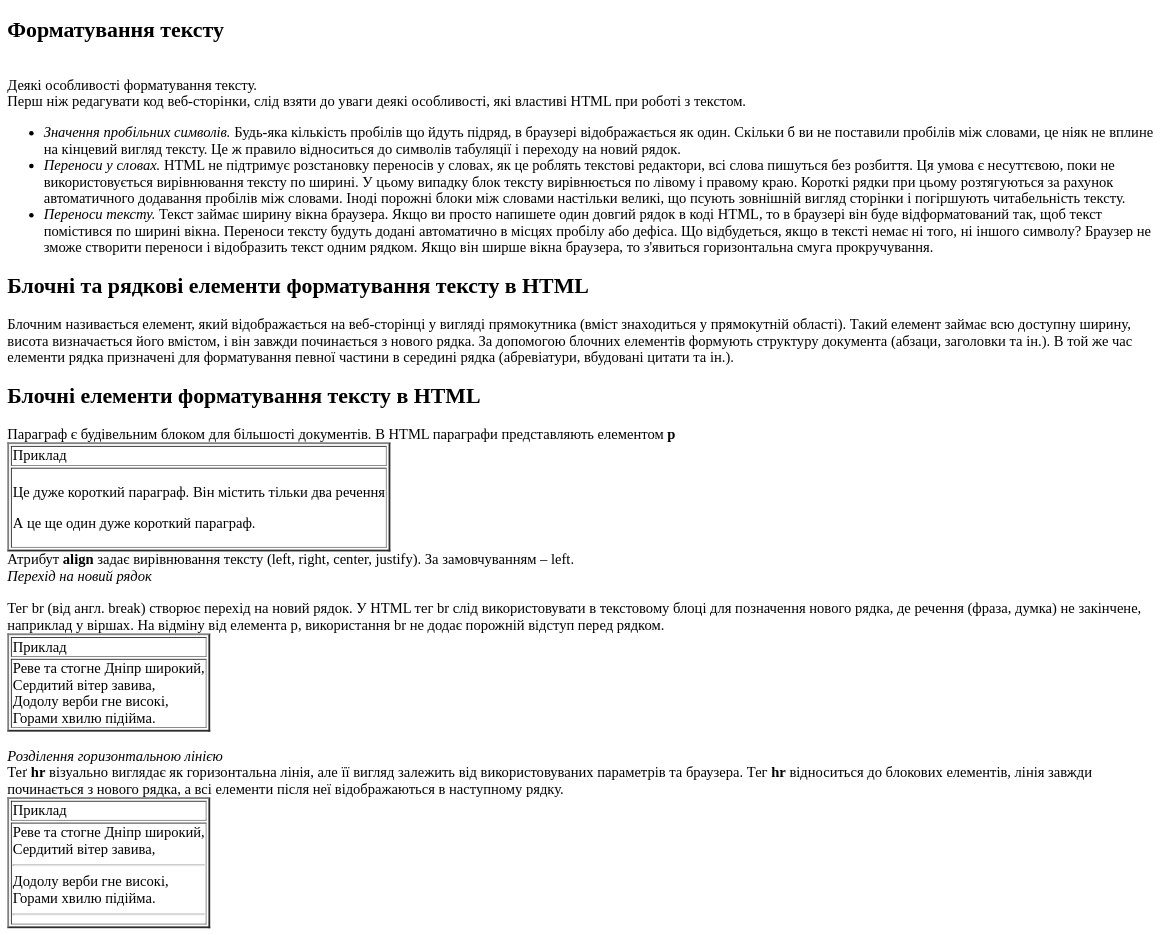
Repository: KseniaMakara/Web
Page: Web/directory.html
The author's editor kept a copy of each file at every save. The page is drawn from the files as they stood at one save, then again after the next save.
The browser window is 1280 px wide. The pictures show the whole page, at 91% of full size.

Above is the page before, as saved 2021-02-15 16:49:31.

### Web/directory.html

    <!doctype HTML>
    <html>
        <head>
           <title>First HTML</title>
        </head>
    <body>
        <h2>Форматування тексту </h2>
        <br>Деякі особливості форматування тексту.</br>
        Перш ніж редагувати код веб-сторінки, слід взяти до уваги деякі
        особливості, які властиві HTML при роботі з текстом.
        <ul>
        <li><dfn>Значення пробільних символів.</dfn> Будь-яка кількість пробілів що йдуть
        підряд, в браузері відображається як один. Скільки б ви не поставили пробілів
        між словами, це ніяк не вплине на кінцевий вигляд тексту. Це ж правило
        відноситься до символів табуляції і переходу на новий рядок.</li>
        <li><dfn>Переноси у словах.</dfn> HTML не підтримує розстановку переносів у
        словах, як це роблять текстові редактори, всі слова пишуться без розбиття. Ця
        умова є несуттєвою, поки не використовується вирівнювання тексту по ширині.
        У цьому випадку блок тексту вирівнюється по лівому і правому краю. Короткі
        рядки при цьому розтягуються за рахунок автоматичного додавання пробілів між
        словами. Іноді порожні блоки між словами настільки великі, що псують
        зовнішній вигляд сторінки і погіршують читабельність тексту.</li>
        <li><dfn>Переноси тексту. </dfn> Текст займає ширину вікна браузера. Якщо ви
        просто напишете один довгий рядок в коді HTML, то в браузері він буде
        відформатований так, щоб текст помістився по ширині вікна. Переноси тексту
        будуть додані автоматично в місцях пробілу або дефіса. Що відбудеться, якщо в
        тексті немає ні того, ні іншого символу? Браузер не зможе створити переноси і
        відобразить текст одним рядком. Якщо він ширше вікна браузера, то з'явиться
        горизонтальна смуга прокручування.</li>
        </ul>
        <h2><strong>Блочні та рядкові елементи форматування тексту в HTML</strong></h2>
        Блочним називається елемент, який відображається на веб-сторінці у вигляді
        прямокутника (вміст знаходиться у прямокутній області). Такий елемент займає
        всю доступну ширину, висота визначається його вмістом, і він завжди
        починається з нового рядка. За допомогою блочних елементів формують
        структуру документа (абзаци, заголовки та ін.). В той же час елементи рядка
        призначені для форматування певної частини в середині рядка (абревіатури,
        вбудовані цитати та ін.).
        <h2>Блочні елементи форматування тексту в HTML</h2>
        Параграф є будівельним блоком для більшості документів. В HTML
        параграфи представляють елементом <strong>p</strong>
        <table border = "2px">
            <tr>
                <td> Приклад </td>

            </tr>
            <tr>
                <td> <p>Це дуже короткий
                    параграф. Він містить тільки
                    два речення </p>
                    <p>А це ще один дуже
                    короткий параграф. </p></td>
            </tr>

        </table>
Атрибут <strong>align</strong> задає вирівнювання тексту (left, right, center,
justify). За замовчуванням – left.
<br><dfn>Перехід на новий рядок</dfn></br>

<br> Тег br (від англ. break) створює перехід на новий рядок. У HTML тег
br слід використовувати в текстовому блоці для позначення нового рядка, де
речення (фраза, думка) не закінчене, наприклад у віршах.
На відміну від елемента p, використання br не додає порожній відступ
перед рядком.
</br>
<table border = "2px">
    <tr>
        <td> Приклад </td>

    </tr>
    <tr>
        <td> Реве та стогне Дніпр широкий, <br/>
            Сердитий вітер завива,<br>
            Додолу верби гне високі,<br>
            Горами хвилю підійма.<br></td>
    </tr>
</table>
<br> <dfn> Розділення горизонтальною лінією</dfn></br>
Теґ <strong>hr</strong> візуально виглядає як горизонтальна лінія, але її вигляд залежить
від використовуваних параметрів та браузера. Тег <strong>hr</strong> відноситься до блокових
елементів, лінія завжди починається з нового рядка, а всі елементи після неї
відображаються в наступному рядку.
<table border = "2px">
    <tr>
        <td> Приклад </td>

    </tr>
    <tr>
        <td> Реве та стогне Дніпр широкий, <br>
            Сердитий вітер завива,<br> <hr>
            Додолу верби гне високі,<br>
            Горами хвилю підійма.<br> <hr></td>
    </tr>
</table>




</body>
    </html>

After the next save:
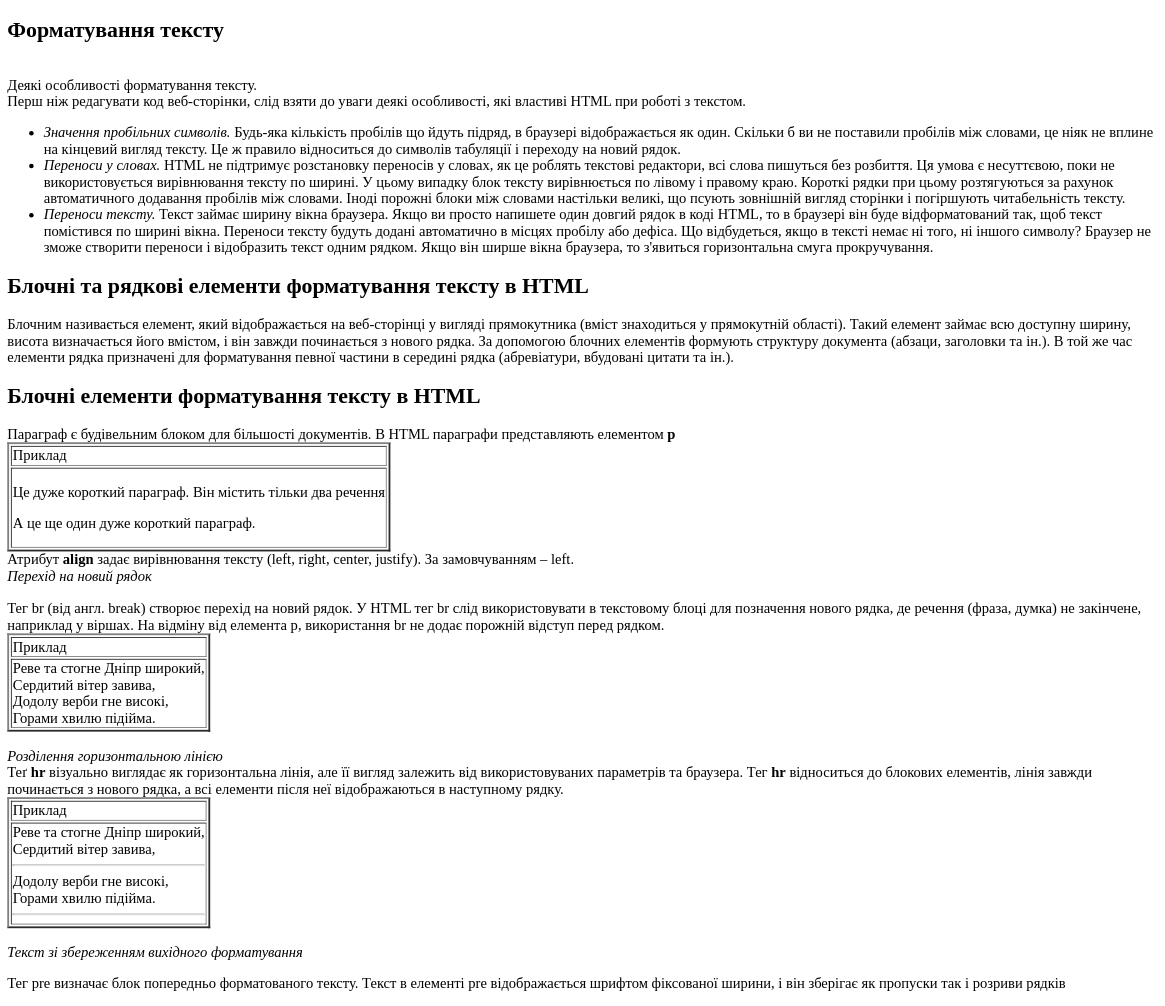
Saved 4 min 10 s later.
--- a/Web/directory.html
+++ b/Web/directory.html
@@ -93,8 +93,12 @@ br слід використовувати в текстовому блоці д
             Горами хвилю підійма.<br> <hr></td>
     </tr>
 </table>
-
-
+<br> <dfn>Текст зі збереженням вихідного форматування</dfn></br>
+<p>
+    Тег pre визначає блок попередньо форматованого тексту. Текст в
+        елементі pre відображається шрифтом фіксованої ширини, і він зберігає як
+        пропуски так і розриви рядків
+</p>
 
 
 </body>
